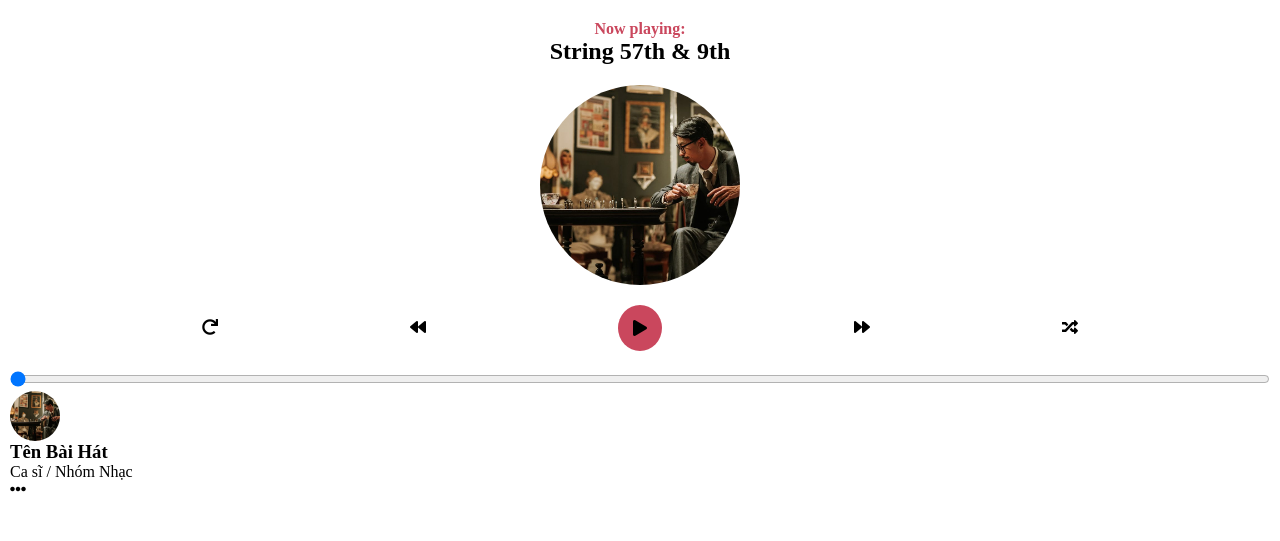
Repository: dovanthao2404/AppMusicPlayer
Page: index.html
These files come from the project's save history. The page is drawn as it stood at one moment and after the next save; the edit follows.
The browser window is 1280 px wide. The pictures show the whole page.

Above is the page before, as saved 2021-06-28 02:26:34.

### index.html
<!DOCTYPE html>
<html lang="en">

<head>
  <meta charset="UTF-8">
  <meta http-equiv="X-UA-Compatible" content="IE=edge">
  <meta name="viewport" content="width=device-width, initial-scale=1.0">
  <title>Music</title>
  <!-- FONTAWESOME -->
  <link rel="stylesheet" href="https://cdnjs.cloudflare.com/ajax/libs/font-awesome/5.15.3/css/all.min.css"
    integrity="sha512-iBBXm8fW90+nuLcSKlbmrPcLa0OT92xO1BIsZ+ywDWZCvqsWgccV3gFoRBv0z+8dLJgyAHIhR35VZc2oM/gI1w=="
    crossorigin="anonymous" referrerpolicy="no-referrer" />
  <!-- MAIN CSS -->
  <link rel="stylesheet" href="./css/app.css">
</head>

<body>
  <div class="player">
    <div class="dashboards">
      <!-- HEADER -->
      <header>
        <h4>Now playing:</h4>
        <h2>String 57th & 9th</h2>
      </header>

      <!-- CD -->
      <div id="cd" class="cd">
        <div class="thumb">
          <img src="./img/loinho.jpg" alt="">
        </div>
      </div>

      <!-- CONTROL -->
      <div class="controls" class="controls">
        <div class="btn btn-repeat">
          <i class="fa fa-redo"></i>
        </div>
        <div class="btn btn-prev">
          <i class="fa fa-backward"></i>
        </div>
        <div class="btn btn-toggle-play">
          <i class="fa fa-play"></i>
          <i class="fa fa-pause"></i>
        </div>
        <div class="btn btn-next">
          <i class="fa fa-forward"></i>
        </div>
        <div class="btn btn-random">
          <i class="fa fa-random"></i>
        </div>
      </div>

      <!-- PROGRESS -->
      <input id="progress" class="progress" value="0" step="1" min="0" max="100" type="range">

      <!-- AUDIO -->
      <audio id="audio" src=""></audio>

      <!-- PLAY LIST -->
      <div class="playlist">
        <div class="song">
          <div class="thumb">
            <img src="./img/loinho.jpg" alt="">
          </div>
          <div class="body">
            <h3 class="title">Tên Bài Hát</h3>
            <p class="author">Ca sĩ / Nhóm Nhạc</p>
          </div>
          <div class="option">
            <i class="fa fa-ellipsis-h"></i>
          </div>
        </div>
      </div>
    </div>
  </div>
  <script src="./js/app.js"></script>
</body>

</html>

### css/app.css
/* GLOBAL */
* {
  padding: 0;
  margin: 0;
  box-sizing: border-box;
}
/* PLAYER */
.dashboards {
  margin: 0 10px;
}
header {
  text-align: center;
  margin: 20px 0;
}
header h4 {
  color: rgb(202, 71, 93);
}
.cd {
  position: relative;
}
.cd .thumb {
  width: 200px;
  height: 200px;
  position: absolute;
  top: 50%;
  left: 50%;
  transform: translate(-50%);
}
.cd .thumb img {
  border-radius: 50%;
  width: 100%;
  height: 100%;
  object-fit: cover;
}
.controls {
  display: flex;
  justify-content: space-evenly;
  align-items: center;
  margin-top: 240px;
  margin-bottom: 20px;
}
.btn-toggle-play .fa {
  padding: 15px;
  border-radius: 50%;
  background-color: rgb(202, 71, 93);
}
.controls .fa-pause {
  display: none;
}
.progress {
  width: 100%;
}
.song .thumb {
  width: 50px;
  height: 50px;
}
.song .thumb img {
  width: 100%;
  height: 100%;
  border-radius: 50%;
  object-fit: cover;
}

Loaded but not shown: js/app.js (no stored copy; drawn as an empty file)

After the next save:
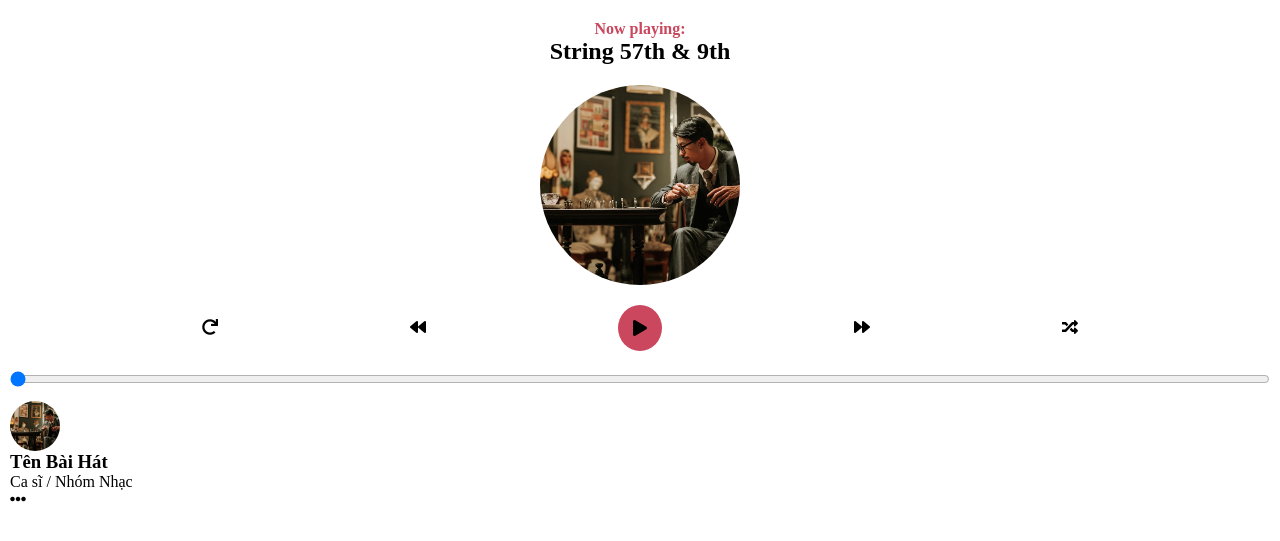
Saved 22 s later.
--- a/css/app.css
+++ b/css/app.css
@@ -50,6 +50,9 @@ header h4 {
 .progress {
   width: 100%;
 }
+.song {
+  margin: 10px 0;
+}
 .song .thumb {
   width: 50px;
   height: 50px;
